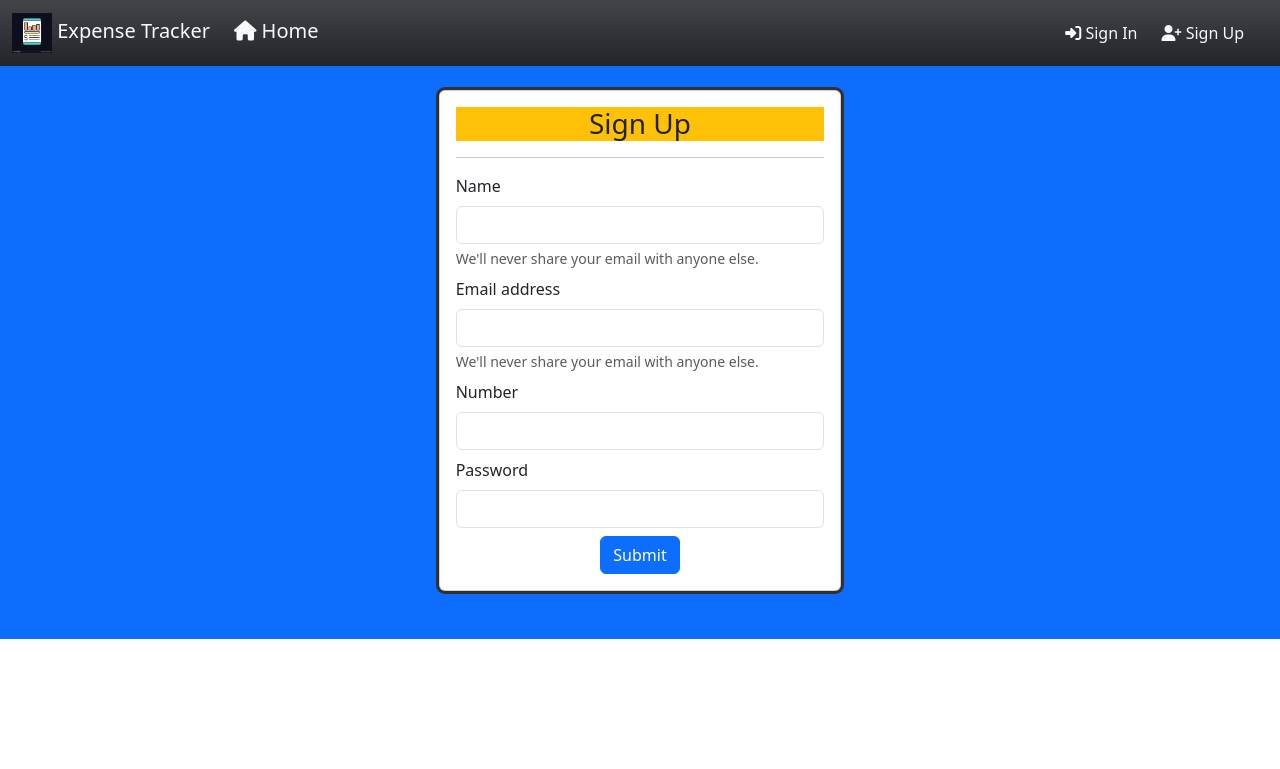
Repository: Gaurav560/OnlineExpenseTracker
Page: http://localhost/Online_Expense_Tracker/register.jsp
The author's editor kept a copy of each file at every save. The page is drawn from the files as they stood at one save, then again after the next save.
The browser window is 1280 px wide. The pictures show the whole page.
The page is served by Tomcat 9. Other server files are loaded and not shown.

Above is the page before, as saved 2023-05-04 15:16:15.

### Online_Expense_Tracker/src/main/webapp/register.jsp
<%@ page language="java" contentType="text/html; charset=ISO-8859-1"
	pageEncoding="ISO-8859-1"%>
<!DOCTYPE html>
<html>
<head>
<meta charset="ISO-8859-1">
<title>Insert title here</title>
<%@include file="component/all_css.jsp"%>
</head>
<style>

</style>
<body>
	<!-- NAVBAR starts here -->
	<%@include file="component/navbar.jsp"%>
	<!-- NAVBAR ends here  -->

	<div class="container-fluid" style="margin-bottom:130px;"  >
		<div class="row bg-primary">
			<div class="col-md-4 offset-md-4 pb-5  ">
				<div class="card mt-4"
					style="box-shadow: rgba(0, 0, 0, 0.16) 0px 1px 4px, rgb(51, 51, 51) 0px 0px 0px 3px;">
					<div class="card-body">
						<h3 class="card-title text-center bg-warning">Sign Up</h3>
<hr>
						<form>


							<div class="mb-2">
								<label for="exampleInputName1" class="form-label">Name </label>
								<input type="text" class="form-control" id="exampleInputName1"
									aria-describedby="nameHelp">
								<div id="emailHelp" class="form-text">We'll never share
									your email with anyone else.</div>
							</div>
							<div class="mb-2">
								<label for="exampleInputEmail1" class="form-label">Email
									address</label> <input type="email" class="form-control"
									id="exampleInputEmail1" aria-describedby="emailHelp">
								<div id="emailHelp" class="form-text">We'll never share
									your email with anyone else.</div>
							</div>

							<div class="mb-2">
								<label for="exampleInputnumber1" class="form-label">Number
								</label> <input type="number" class="form-control"
									id="exampleInputNumber1" aria-describedby="numberHelp">
								<div id="numberHelp" class="form-text"></div>
							</div>
							<div class="mb-2">
								<label for="exampleInputPassword1" class="form-label">Password</label>
								<input type="password" class="form-control"
									id="exampleInputPassword1">
							</div>
							<div class="text-center">

								<button type="submit" class="btn btn-primary">Submit</button>
							</div>

						</form>


					</div>
				</div>






			</div>







		</div>

	</div>



</body>
</html>

### Online_Expense_Tracker/src/main/webapp/component/all_css.jsp
<!--css cdn   -->
<link
	href="https://cdn.jsdelivr.net/npm/bootstrap@5.3.0-alpha3/dist/css/bootstrap.min.css"
	rel="stylesheet"
	integrity="sha384-KK94CHFLLe+nY2dmCWGMq91rCGa5gtU4mk92HdvYe+M/SXH301p5ILy+dN9+nJOZ"
	crossorigin="anonymous">



<!-- font awesome cdn  -->

<link rel="stylesheet"
	href="https://cdnjs.cloudflare.com/ajax/libs/font-awesome/6.4.0/css/all.min.css"
	integrity="sha512-iecdLmaskl7CVkqkXNQ/ZH/XLlvWZOJyj7Yy7tcenmpD1ypASozpmT/E0iPtmFIB46ZmdtAc9eNBvH0H/ZpiBw=="
	crossorigin="anonymous" referrerpolicy="no-referrer" />



<!--  js cdn -->
	<script
		src="https://cdn.jsdelivr.net/npm/bootstrap@5.3.0-alpha3/dist/js/bootstrap.bundle.min.js"
		integrity="sha384-ENjdO4Dr2bkBIFxQpeoTz1HIcje39Wm4jDKdf19U8gI4ddQ3GYNS7NTKfAdVQSZe"
		crossorigin="anonymous"></script>

### Online_Expense_Tracker/src/main/webapp/component/navbar.jsp
<!--Navbar starts here  -->


	<nav class="navbar navbar-expand-lg bg-dark  bg-gradient">
		<div class="container-fluid">
			<a class="navbar-brand text-light" href="#"><img
				src="img/expenseTracker.jpg" style="height: 40px; width: 40px;">
				Expense Tracker</a>
			<button class="navbar-toggler" type="button"
				data-bs-toggle="collapse" data-bs-target="#navbarSupportedContent"
				aria-controls="navbarSupportedContent" aria-expanded="false"
				aria-label="Toggle navigation">
				<span class="navbar-toggler-icon"></span>
			</button>
			<div class="collapse navbar-collapse" id="navbarSupportedContent">

				<ul class="navbar-nav me-auto mb-2 mb-lg-0">
					<li class="nav-item"><a class="nav-link active text-light fs-5 mb-1"
						aria-current="page" href="index.jsp"><i class="fa-solid fa-house"></i>
							Home</a></li>

				</ul>


				<ul class="navbar-nav ms-auto mb-2 mb-lg-0 me-3">

					<li class="nav-item me-2"><a class="nav-link active text-light"
						href="login.jsp"><i class="fa-solid fa-right-to-bracket"></i> Sign In</a></li>


					<li class="nav-item "><a class="nav-link active text-light "
						href="register.jsp"><i class="fa-solid fa-user-plus"></i> Sign Up</a></li>

				</ul>


			</div>
		</div>
	</nav>
	<!-- Navbar ends here  -->

After the next save:
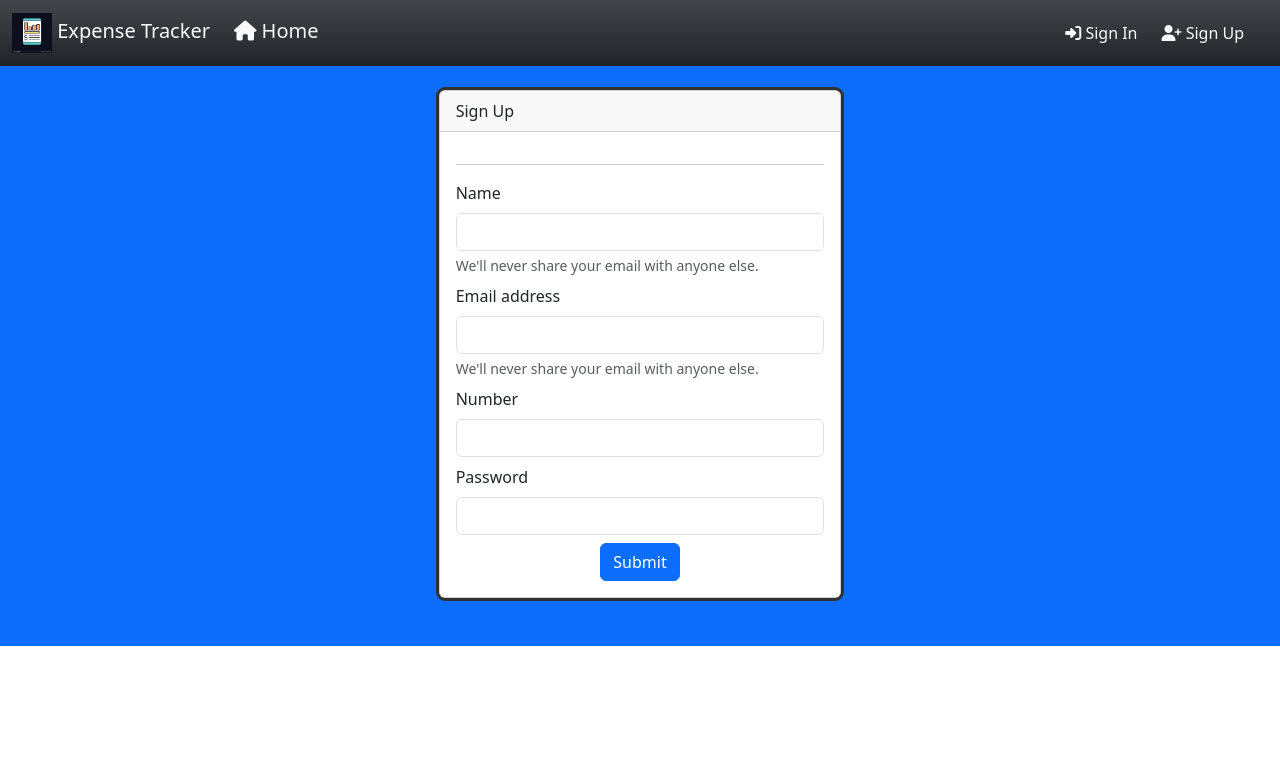
Saved 68 s later.
--- a/Online_Expense_Tracker/src/main/webapp/register.jsp
+++ b/Online_Expense_Tracker/src/main/webapp/register.jsp
@@ -20,8 +20,10 @@
 			<div class="col-md-4 offset-md-4 pb-5  ">
 				<div class="card mt-4"
 					style="box-shadow: rgba(0, 0, 0, 0.16) 0px 1px 4px, rgb(51, 51, 51) 0px 0px 0px 3px;">
+					<div class="card-header">Sign Up</div>
+
 					<div class="card-body">
-						<h3 class="card-title text-center bg-warning">Sign Up</h3>
+
 <hr>
 						<form>
 
